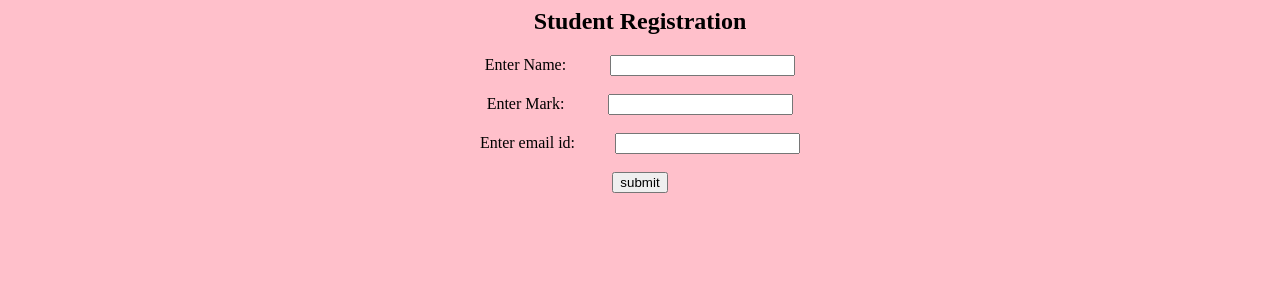
Repository: venkataswamyIppe/HiberntePracticeProblems
Page: http://localhost/HibernateIntegrateWithServlet/
An editor plug-in stored every save of this project. The page is shown before and after the next save, followed by the edit.
The browser window is 1280 px wide. The pictures show the whole page.
The page is served by Tomcat 9. Other server files are loaded and not shown.

Above is the page before, as saved 2017-01-30 17:24:20.

### HibernateIntegrateWithServlet/WebContent/Welcome.jsp
<%@ page language="java" contentType="text/html; charset=ISO-8859-1"
	pageEncoding="ISO-8859-1"%>

<html>
<head>
<meta http-equiv="Content-Type" content="text/html; charset=ISO-8859-1">
<title>Welcome</title>
</head>
<body bgcolor="pink">
<center>
<h2>Student Registration</h2>
	<form name="form1" method="post" action="Home">

		Enter
		Name:&nbsp;&nbsp;&nbsp;&nbsp;&nbsp;&nbsp;&nbsp;&nbsp;&nbsp;&nbsp;&nbsp;<input
			type="text" name="name"></input><br />
		<br /> Enter
		Mark:&nbsp;&nbsp;&nbsp;&nbsp;&nbsp;&nbsp;&nbsp;&nbsp;&nbsp;&nbsp;&nbsp;<input
			type="text" name="marks"></input><br />
		<br /> Enter email
		id:&nbsp;&nbsp;&nbsp;&nbsp;&nbsp;&nbsp;&nbsp;&nbsp;&nbsp;&nbsp;<input
			type="text" name="email"></input><br />
		<br /> <input type="submit" value="submit" name="submit">
	</form>
	</center>
</body>
</html>

After the next save:
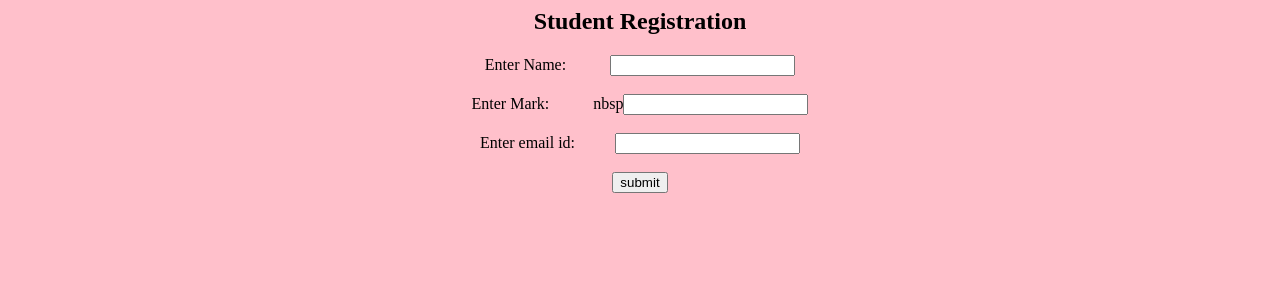
Saved 36 s later.
--- a/HibernateIntegrateWithServlet/WebContent/Welcome.jsp
+++ b/HibernateIntegrateWithServlet/WebContent/Welcome.jsp
@@ -15,7 +15,7 @@
 		Name:&nbsp;&nbsp;&nbsp;&nbsp;&nbsp;&nbsp;&nbsp;&nbsp;&nbsp;&nbsp;&nbsp;<input
 			type="text" name="name"></input><br />
 		<br /> Enter
-		Mark:&nbsp;&nbsp;&nbsp;&nbsp;&nbsp;&nbsp;&nbsp;&nbsp;&nbsp;&nbsp;&nbsp;<input
+		Mark:&nbsp;&nbsp;&nbsp;&nbsp;&nbsp;&nbsp;&nbsp;&nbsp;&nbsp;&nbsp;&nbsp;nbsp<input
 			type="text" name="marks"></input><br />
 		<br /> Enter email
 		id:&nbsp;&nbsp;&nbsp;&nbsp;&nbsp;&nbsp;&nbsp;&nbsp;&nbsp;&nbsp;<input
